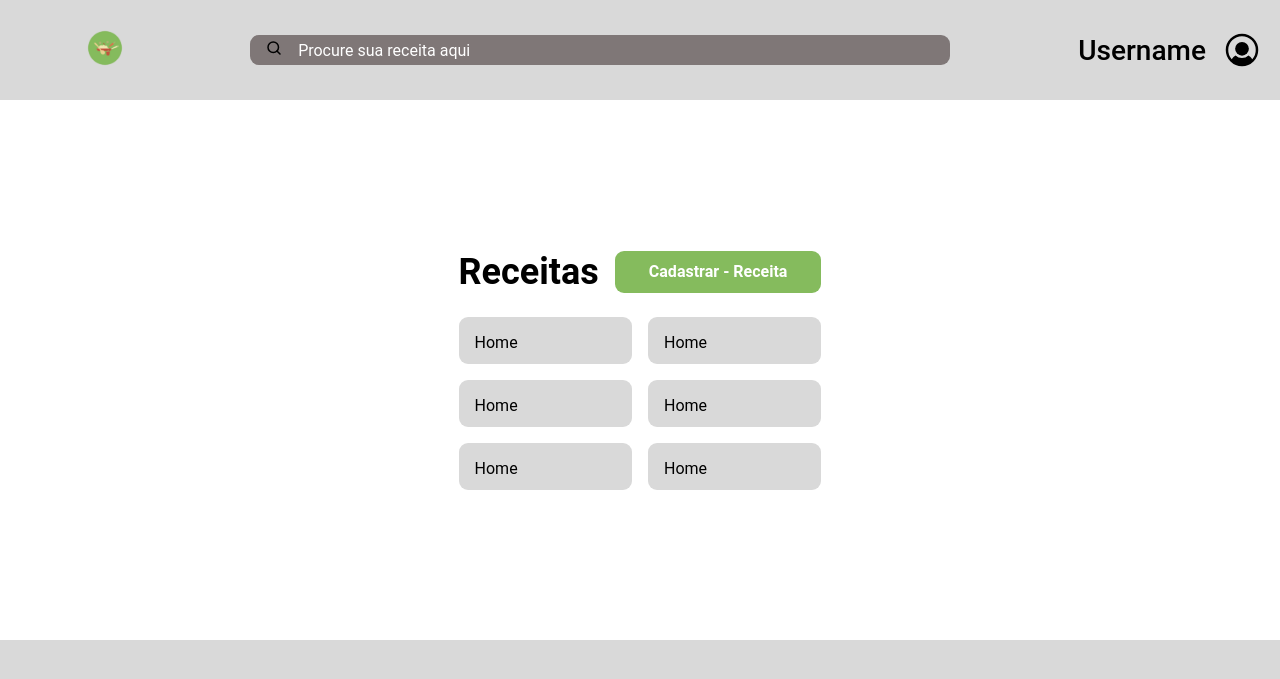
Repository: GabrielEduardoBrambilla/receitas-online
Page: /
The author's editor kept a copy of each file at every save. The page is drawn from the files as they stood at one save, then again after the next save.
The browser window is 1280 px wide. The pictures show the whole page.
The project was rebuilt for these pictures with package versions that can differ from the ones it lists, and the page was loaded fresh each time. Also part of the build but not shown: vite.config.js.

Above is the page before, as saved 2024-04-15 19:06:06.

### src/pages/Home/index.jsx
import React from 'react'
import { Container, TitleWrapper, CardWrapper } from './styles'
import { Navbar } from '../../components/Navbar'
import { RecipeCard } from '../../components/RecipeCard'

export function Home() {
  return <Container>
    <Navbar />
    <main>
      <TitleWrapper>
        <h2>Receitas</h2>
        <button>Cadastrar - Receita</button>
      </TitleWrapper>

      <CardWrapper>
        <RecipeCard />
        <RecipeCard />
        <RecipeCard />
        <RecipeCard />
        <RecipeCard />
        <RecipeCard />
      </CardWrapper>
    </main>

    <footer></footer>
  </Container>
}

### src/styles/global.js
import { createGlobalStyle } from 'styled-components'

export const GlobalStyle = createGlobalStyle`
  * {
    margin: 0;
    padding: 0;
    box-sizing: border-box;
  }

  :focus {
    outline: none;
  }

  body {
    -webkit-font-smoothing: antialiased;
  }

  body, input, textarea, button {
    font-family: 'Roboto', sans-serif;
    font-weight: 400;
    font-size: 1rem;
  }
`

### src/pages/Home/styles.js
import styled from 'styled-components'

export const Container = styled.div`
  display: flex;
  justify-content: space-between;
  flex-direction: column;
  min-height: 100vh;

  > main {
    display: flex;
    flex-direction: column;
    gap: 24px;
    justify-content: center;
    align-items: c;
    /* min-height: 80vh; */
    max-width: 1000px;
    margin: auto;
  }

  > footer {
    height: 80px;
    width: 100%;
    background-color: #d9d9d9;
  }
`
export const TitleWrapper = styled.div`
  display: flex;
  gap: 16px;

  font-size: 24px;
  font-weight: bold;

  > button {
    font-size: 16px;
    line-height: 0%;
    font-weight: bold;
    color: white;
    background-color: #85bb5d;
    border-radius: 9px;
    border: none;
    padding: 5px 34px;
  }
`
export const CardWrapper = styled.div`
  display: grid;
  grid-template-columns: 1fr 1fr;
  gap: 16px;
`

### src/components/Navbar/index.jsx
import {
  Container, LogoContainer,
  SearchForm,
  UserWrapper
} from './styles'
import Logo from '../../assets/Logo.svg'
import { UserCircle, MagnifyingGlass, Heart } from 'phosphor-react'

export function Navbar() {
  return (
    <Container>

      <LogoContainer>
        <img src={Logo} alt="" />
      </LogoContainer>


      <SearchForm>
        <label htmlFor="search">
          <MagnifyingGlass size={16} weight="bold" />
        </label>
        <input type="text" id='search' placeholder='Procure sua receita aqui' />
      </SearchForm>


      <UserWrapper>
        <p>Username</p>
        <UserCircle size={40} weight="fill" />

      </UserWrapper>


    </Container>
  )
}

### src/components/RecipeCard/index.js
import React from 'react'
import { Container } from './styles'

export function RecipeCard() {
  return <Container>Home</Container>
}

### src/components/Navbar/styles.js
import styled from 'styled-components'

export const Container = styled.div`
  display: flex;
  flex: 1;
  justify-content: space-between;
  align-items: center;

  background-color: #d9d9d9;
  max-height: 100px;

  padding: 0px 10px 0px 80px;
`
export const LogoContainer = styled.div`
  > img {
    width: 50px;
    height: 50px;
    object-fit: cover;
  }
`
export const SearchForm = styled.form`
  display: flex;
  gap: 16px;
  align-items: center;
  width: 700px;
  height: 30px;
  background-color: #7f7777;
  border-radius: 9px;
  padding: 6px 16px;

  > input {
    background-color: #7f7777;
    border: none;
    color: white;

    &::placeholder {
      color: white;
    }
  }
`
export const UserWrapper = styled.div`
  display: flex;
  gap: 16px;
  align-items: center;
  padding: 8px;
  border-radius: 6px;

  > p {
    font-size: 28px;
    font-weight: 500;
  }
`

### src/components/RecipeCard/styles.js
import styled from 'styled-components'
export const Container = styled.div`
  background-color: #d9d9d9;
  padding: 16px 12px 12px 16px;
  border-radius: 9px;
  width: 100%;
  max-width: 555px;

  > h3 {
    font-size: 22px;
    margin-bottom: 6px;
  }
  > p {
    font-size: 16px;
    font-weight: normal;
  }
`

Loaded but not shown: index.html (common file); src/main.jsx (common file); src/App.jsx (common file)

After the next save:
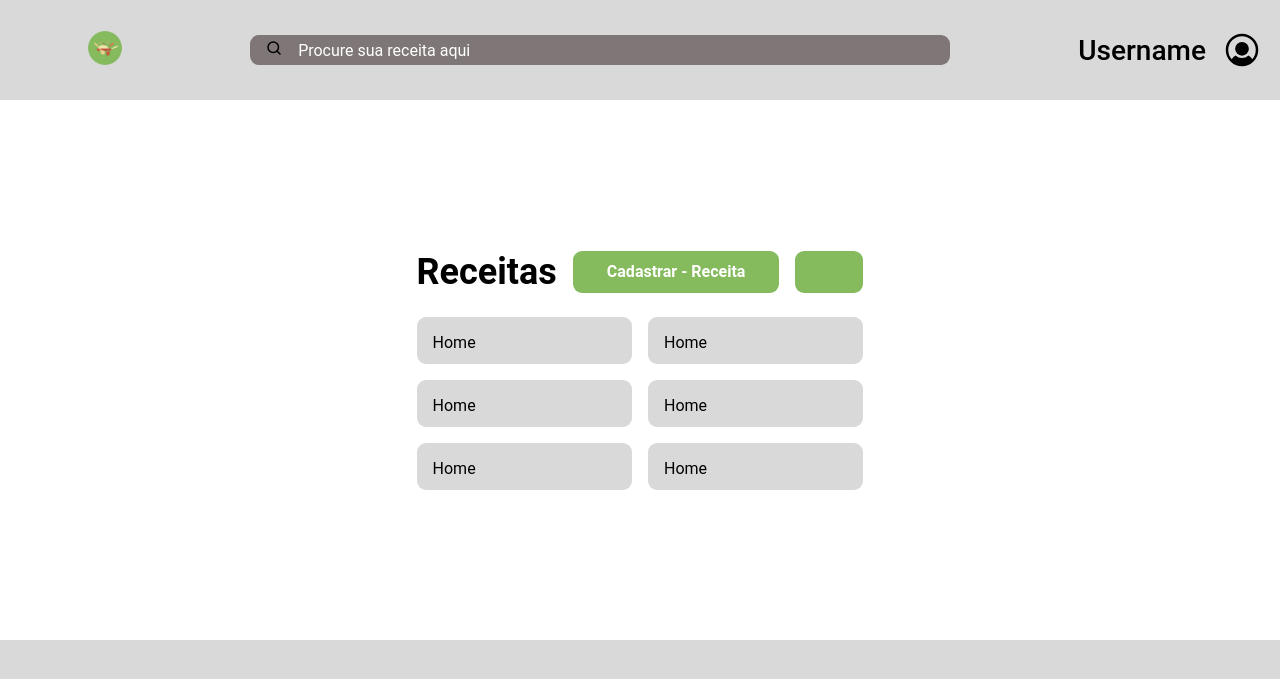
Saved 29 min 18 s later.
--- a/src/pages/Home/index.jsx
+++ b/src/pages/Home/index.jsx
@@ -2,6 +2,8 @@
 import { Container, TitleWrapper, CardWrapper } from './styles'
 import { Navbar } from '../../components/Navbar'
 import { RecipeCard } from '../../components/RecipeCard'
+import * as Dialog from '@radix-ui/react-dialog';
+
 
 export function Home() {
   return <Container>
@@ -10,6 +12,17 @@
       <TitleWrapper>
         <h2>Receitas</h2>
         <button>Cadastrar - Receita</button>
+        <Dialog.Root>
+    <Dialog.Trigger />
+    <Dialog.Portal>
+      <Dialog.Overlay />
+      <Dialog.Content>
+        <Dialog.Title />
+        <Dialog.Description />
+        <Dialog.Close />
+      </Dialog.Content>
+    </Dialog.Portal>
+  </Dialog.Root>
       </TitleWrapper>
 
       <CardWrapper>

After the 3 saves that followed:
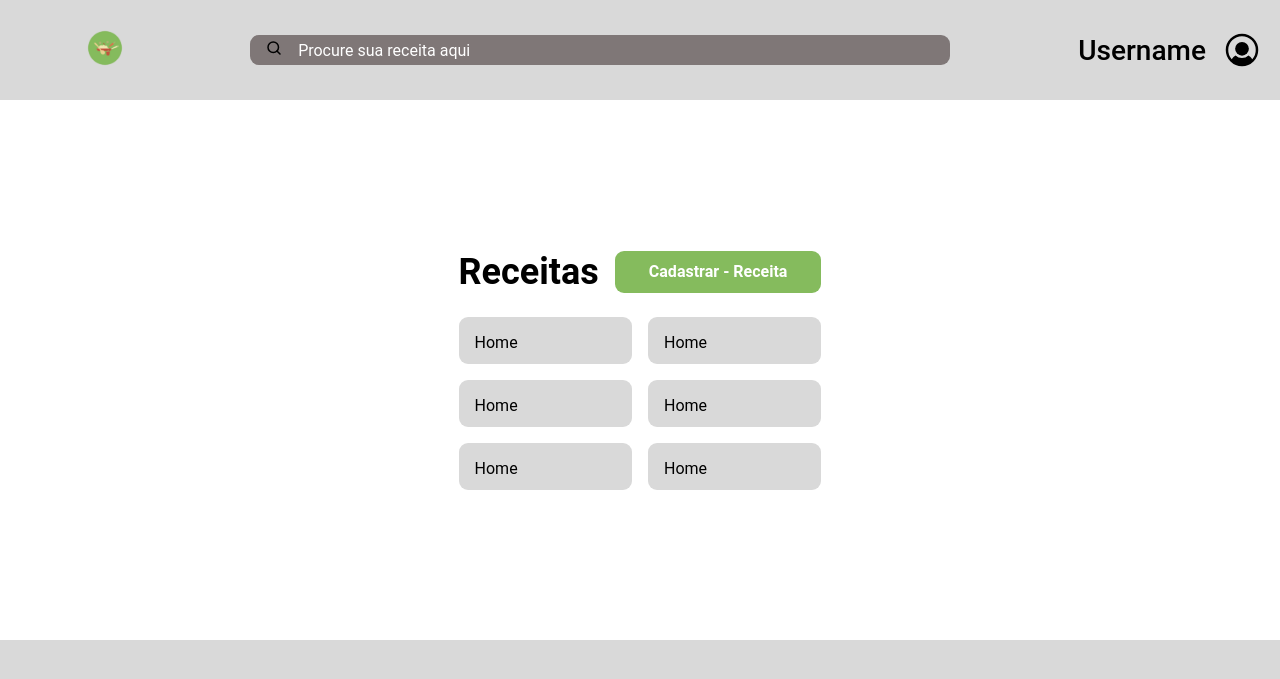
The 3 saves are shown as one change because 2 left the picture as it was.
The last was saved 108 s later.
--- a/src/pages/Home/index.jsx
+++ b/src/pages/Home/index.jsx
@@ -13,16 +13,16 @@
         <h2>Receitas</h2>
         <button>Cadastrar - Receita</button>
         <Dialog.Root>
-    <Dialog.Trigger />
-    <Dialog.Portal>
-      <Dialog.Overlay />
-      <Dialog.Content>
-        <Dialog.Title />
-        <Dialog.Description />
-        <Dialog.Close />
-      </Dialog.Content>
-    </Dialog.Portal>
-  </Dialog.Root>
+          <Dialog.Trigger asChild/>
+          <Dialog.Portal>
+            <Dialog.Overlay />
+            <Dialog.Content>
+              <Dialog.Title />
+              <Dialog.Description />
+              <Dialog.Close />
+            </Dialog.Content>
+          </Dialog.Portal>
+        </Dialog.Root>
       </TitleWrapper>
 
       <CardWrapper>
